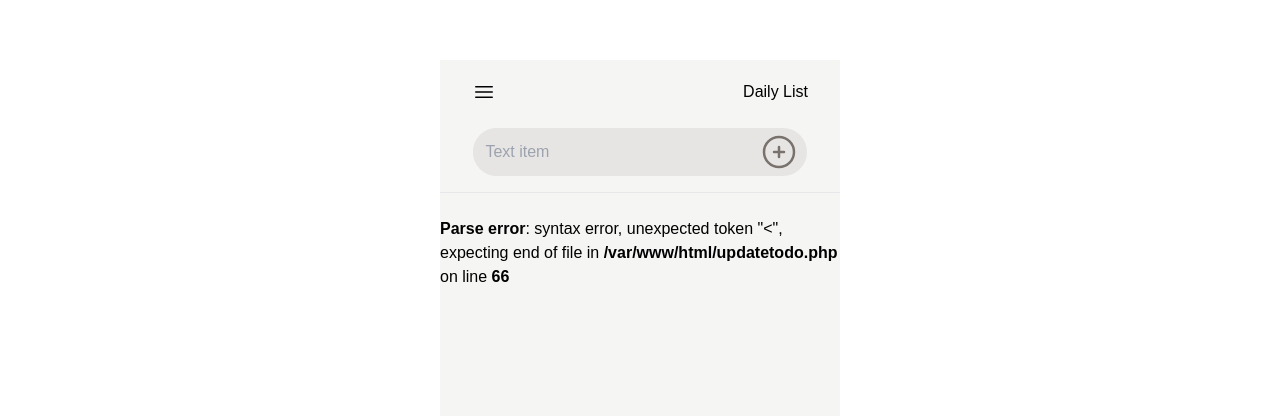
Repository: hsumyatm7308/TodolistbyPHP
Page: http://localhost/
The author's editor kept a copy of each file at every save. The page is drawn from the files as they stood at one save, then again after the next save.
The browser window is 1280 px wide. The pictures show the whole page.
Some web libraries are served in a nearby version. The page is run by PHP 8.4 with error messages shown; the project is at /var/www/html/. Queries for data that is not in the repository find no rows.

Above is the page before, as saved 2023-07-09 17:02:46.

### index.php
<!DOCTYPE html>
<html lang="en">

<head>
    <meta charset="UTF-8">
    <meta name="viewport" content="width=device-width, initial-scale=1.0">
    <title>To Do List</title>
    <link rel="stylesheet" href="https://cdnjs.cloudflare.com/ajax/libs/font-awesome/6.4.0/css/all.min.css">
    <script src="https://cdn.tailwindcss.com"></script>

    <style>
        * {
            font-family: sans-serif;
        }
    </style>

</head>

<body>
    <div class="w-screen h-screen container flex justify-center items-center">
        <div class="w-[400px] h-[600px] bg-stone-100">
            <!-- header nav  -->
            <div class="w-full h-14 flex justify-between items-center p-8">
                <div>
                    <svg xmlns="http://www.w3.org/2000/svg" fill="none" viewBox="0 0 24 24" stroke-width="1.5"
                        stroke="currentColor" class="w-6 h-6">
                        <path stroke-linecap="round" stroke-linejoin="round"
                            d="M3.75 6.75h16.5M3.75 12h16.5m-16.5 5.25h16.5" />
                    </svg>

                </div>
                <div>
                    <h4> Daily List</h4>
                </div>
            </div>


            <?php

            include ("create.php");
            include("updatetodo.php");
            include("complete.php");

            ?>





        </div>
    </div>
</body>

</html>

### create.php
<?php
session_start();
ini_set('display_errors', 1);

require_once("database.php");

if ($_SERVER['REQUEST_METHOD'] === 'POST') {
    global $conn;

    $getdata = $_POST['textbox'];


    try {
        $stmt = $conn->prepare("INSERT INTO todolist (task) VALUES ( :task)");


        $task = $getdata;


        $stmt->bindParam(':task', $task);

        $stmt->execute();
    } catch (Exception $e) {
        echo "Error Found: " . $e->getMessage();
    }
}


?>





<!-- to do form  -->
<form action="" method="post" enctype="multipart/form-data">


    <div class="w-full h-auto flex justify-center items-center p-1">
        <div class="w-[85%] h-auto bg-stone-200 flex justify-between items-center rounded-3xl">
            <input type="text" name="textbox"
                class="w-[85%] bg-stone-200 rounded-tl-3xl rounded-bl-3xl p-3 focus:outline-none"
                placeholder="Text item">

            <button type="submit" name="submit" class="">
                <svg xmlns="http://www.w3.org/2000/svg" fill="none" viewBox="0 0 24 24" stroke-width="1.5"
                    stroke="currentColor" class="w-10 h-10 mr-2 text-stone-500 hover:text-stone-600">
                    <path stroke-linecap="round" stroke-linejoin="round"
                        d="M12 9v6m3-3H9m12 0a9 9 0 11-18 0 9 9 0 0118 0z" />
                </svg>
            </button>
        </div>

    </div>
    <hr class="mt-3">
</form>

### database.php
<?php

$dbhost = 'localhost';
$dbuser = 'root';
$dbpass = '';
$dbname = 'hmmdb';


try{

    $conn = new PDO("mysql:host=$dbhost;dbname=$dbname", $dbuser, $dbpass);
    $conn->setAttribute(PDO::ATTR_ERRMODE, PDO::ERRMODE_EXCEPTION);

    // echo "Connection successful";


}catch(Exception $e){
    "Error Found:".$e->getMessage();
}




?>

### updatetodo.php

<?php

// session_start();
ini_set('display_errors', 1);

require_once("database.php");
require_once("create.php");

try{

   $stmt =  $conn->prepare("SELECT id,task FROM todolist");
   $stmt->execute();



}catch(Exception $e){
    "Found Error : ".$e->getMessage();
}

?>








<!-- update to do  -->
<form action="" method="post" class="mt-3" enctype="multipart/form-data">
    <h3 class="text-gray-400 ml-7 mb-1">To do</h3>


    <?php while($row = $stmt->fetch()): ?>
    <div name="taskitems" class="w-full h-auto flex justify-center items-center p-1">


        <div class="w-[85%] h-auto bg-stone-200 flex justify-between items-center p-3">
            <span>
                <i class="fa-regular fa-circle-check"></i>
                <span class="ml-1"><?php echo $row['task'] ?></span>
            </span>

            <div>
                <svg xmlns="http://www.w3.org/2000/svg" fill="none" viewBox="0 0 24 24" stroke-width="1.5"
                    stroke="currentColor" class="w-6 h-6">
                    <path stroke-linecap="round" stroke-linejoin="round"
                        d="M16.862 4.487l1.687-1.688a1.875 1.875 0 112.652 2.652L10.582 16.07a4.5 4.5 0 01-1.897 1.13L6 18l.8-2.685a4.5 4.5 0 011.13-1.897l8.932-8.931zm0 0L19.5 7.125M18 14v4.75A2.25 2.25 0 0115.75 21H5.25A2.25 2.25 0 013 18.75V8.25A2.25 2.25 0 015.25 6H10" />
                </svg>
            </div>
        </div>



    </div>

  <?php endwhile;







</form>

### complete.php
      <!-- complete work -->
      <form action="" method="post" class="mt-3" enctype="multipart/form-data">
                <h3 class="text-gray-400 ml-7 mb-1">Complete</h3>

                <div class="w-full h-auto flex justify-center items-center p-1">


                    <div class="w-[85%] h-auto bg-stone-200 flex justify-between items-center p-3">

                        <span>
                            <i class="fa-solid fa-circle-check text-green-600"></i>
                            <span class="ml-1">to do homework</span>
                        </span>

                        <div>
                            <svg xmlns="http://www.w3.org/2000/svg" fill="none" viewBox="0 0 24 24" stroke-width="1.5"
                                stroke="currentColor" class="w-6 h-6">
                                <path stroke-linecap="round" stroke-linejoin="round"
                                    d="M14.74 9l-.346 9m-4.788 0L9.26 9m9.968-3.21c.342.052.682.107 1.022.166m-1.022-.165L18.16 19.673a2.25 2.25 0 01-2.244 2.077H8.084a2.25 2.25 0 01-2.244-2.077L4.772 5.79m14.456 0a48.108 48.108 0 00-3.478-.397m-12 .562c.34-.059.68-.114 1.022-.165m0 0a48.11 48.11 0 013.478-.397m7.5 0v-.916c0-1.18-.91-2.164-2.09-2.201a51.964 51.964 0 00-3.32 0c-1.18.037-2.09 1.022-2.09 2.201v.916m7.5 0a48.667 48.667 0 00-7.5 0" />
                            </svg>

                        </div>

                    </div>



                </div>

                <div class="w-full h-auto flex justify-center items-center p-1">

                    <div class="w-[85%] h-auto bg-stone-200 flex justify-between items-center p-3">

                        <span>
                            <i class="fa-solid fa-circle-check text-green-600"></i>
                            <span class="ml-1">to do homework</span>
                        </span>

                        <div>
                            <svg xmlns="http://www.w3.org/2000/svg" fill="none" viewBox="0 0 24 24" stroke-width="1.5"
                                stroke="currentColor" class="w-6 h-6">
                                <path stroke-linecap="round" stroke-linejoin="round"
                                    d="M14.74 9l-.346 9m-4.788 0L9.26 9m9.968-3.21c.342.052.682.107 1.022.166m-1.022-.165L18.16 19.673a2.25 2.25 0 01-2.244 2.077H8.084a2.25 2.25 0 01-2.244-2.077L4.772 5.79m14.456 0a48.108 48.108 0 00-3.478-.397m-12 .562c.34-.059.68-.114 1.022-.165m0 0a48.11 48.11 0 013.478-.397m7.5 0v-.916c0-1.18-.91-2.164-2.09-2.201a51.964 51.964 0 00-3.32 0c-1.18.037-2.09 1.022-2.09 2.201v.916m7.5 0a48.667 48.667 0 00-7.5 0" />
                            </svg>


                        </div>

                    </div>



                </div>
            </form>

After the next save:
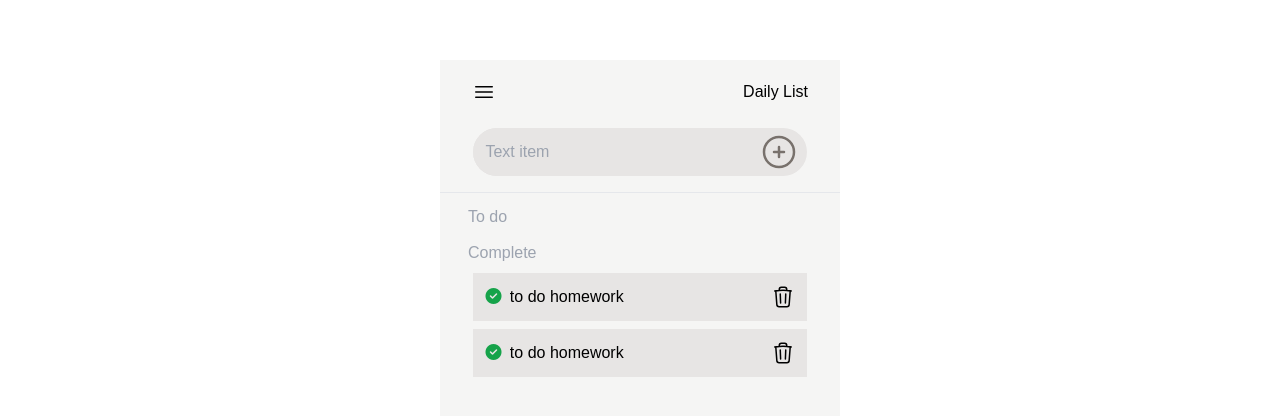
Saved 6 s later.
--- a/updatetodo.php
+++ b/updatetodo.php
@@ -55,7 +55,7 @@ try{
 
     </div>
 
-  <?php endwhile;
+  <?php endwhile;?>
 
 
 
